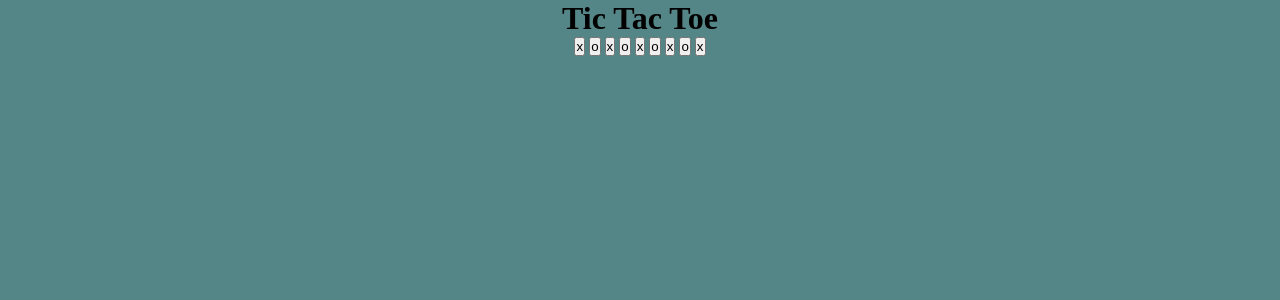
Repository: Mohitkumar1322/FrontendPracticee
Page: TicTacToeProject/index.html
These files come from the project's save history. The page is drawn as it stood at one moment and after the next save; the edit follows.
The browser window is 1280 px wide. The pictures show the whole page.

Above is the page before, as saved 2025-07-21 18:45:05.

### TicTacToeProject/index.html
<!DOCTYPE html>
<html lang="en">
<head>
    <meta charset="UTF-8">
    <meta name="viewport" content="width=device-width, initial-scale=1.0">
    <title>Tic Tac Toe</title>
    <link rel="stylesheet" href="style.css">
</head>
<body>
    <h1>Tic Tac Toe</h1>
<div class="container">
    <div class="game">
        <button class="box">x</button>
        <button class="box">o</button>
        <button class="box">x</button>
        <button class="box">o</button>
        <button class="box">x</button>
        <button class="box">o</button>
        <button class="box">x</button>

        <button class="box">o</button>
        <button class="box">x</button>

    </div>
</div>
    <script src="script.js"></script>
</body>
</html>

### TicTacToeProject/style.css
*{
    margin: 0;
    padding: 0;
    box-sizing: border-box;
}
body{
    background-color: #548687;
    text-align: center;
}
.container{


    height: 70vh;

}

.game{
    height: 60vmin;

}

.box{
    height: ;
}

Loaded but not shown: TicTacToeProject/script.js (no stored copy; drawn as an empty file)

After the next save:
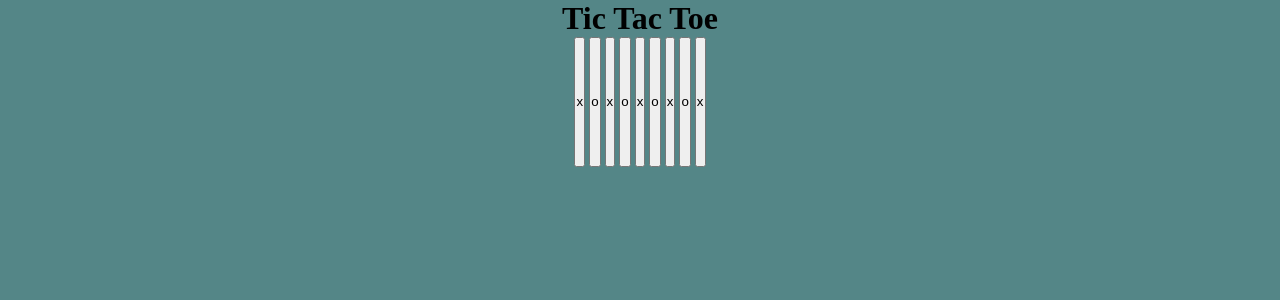
Saved 14 s later.
--- a/TicTacToeProject/style.css
+++ b/TicTacToeProject/style.css
@@ -20,5 +20,5 @@
 }
 
 .box{
-    height: ;
+    height: 18vmin;
 }
